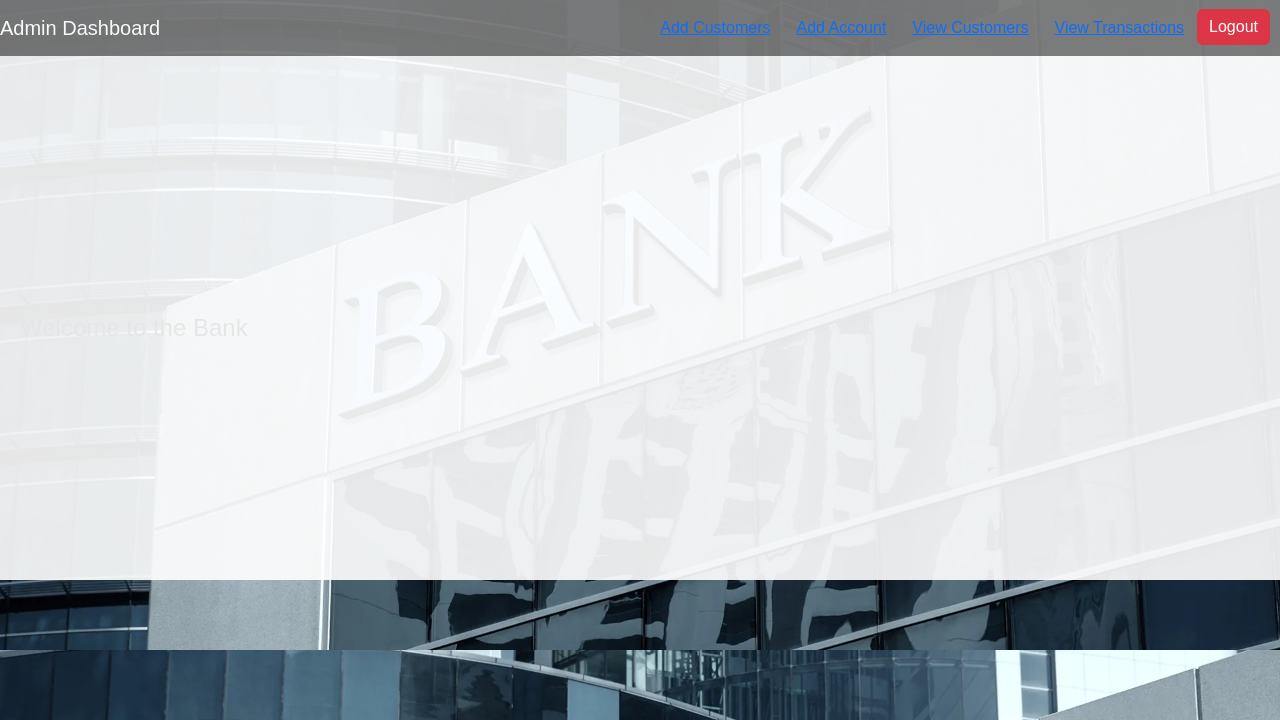
Repository: prathamsuhasia/swabhav-mini-project
Page: http://localhost/01-mini-project/Admin.jsp
The author's editor kept a copy of each file at every save. The page is drawn from the files as they stood at one save, then again after the next save.
The browser window is 1280 px wide. The pictures show the whole page.
The page is served by Tomcat 9. The session is filled in as if someone had signed in: {"username": "testuser", "admin": "admin"}.

Above is the page before, as saved 2024-08-15 16:14:00.

After the next save:
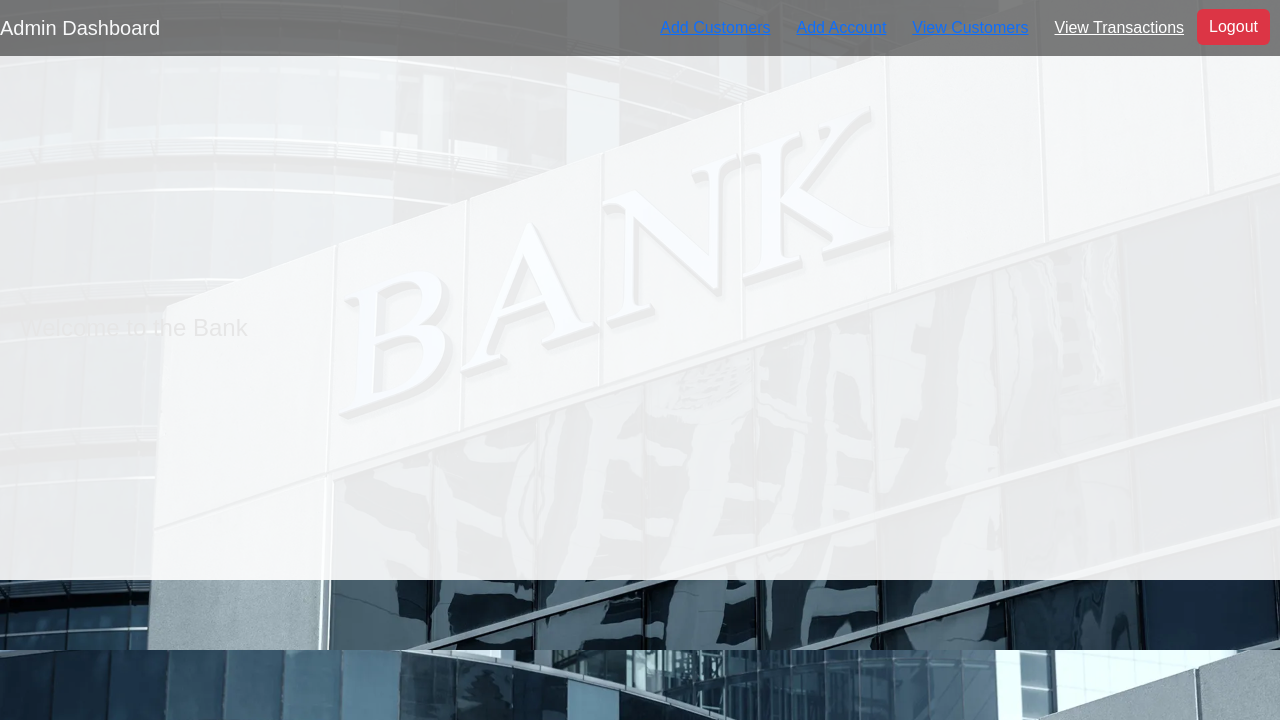
Saved 100 s later.
--- a/01-mini-project/WebContent/Admin.jsp
+++ b/01-mini-project/WebContent/Admin.jsp
@@ -115,7 +115,7 @@ body::before {
 				<li class="nav-item">
 					<form action="AdminController" method="post" class="nav-item">
 						<button type="submit" name="action" value="ViewTransactions"
-							class="btn btn-link">View Transactions</button>
+							class="btn btn-link" style="color:white;">View Transactions</button>
 					</form>
 				</li>
 				<li class="nav-item">
